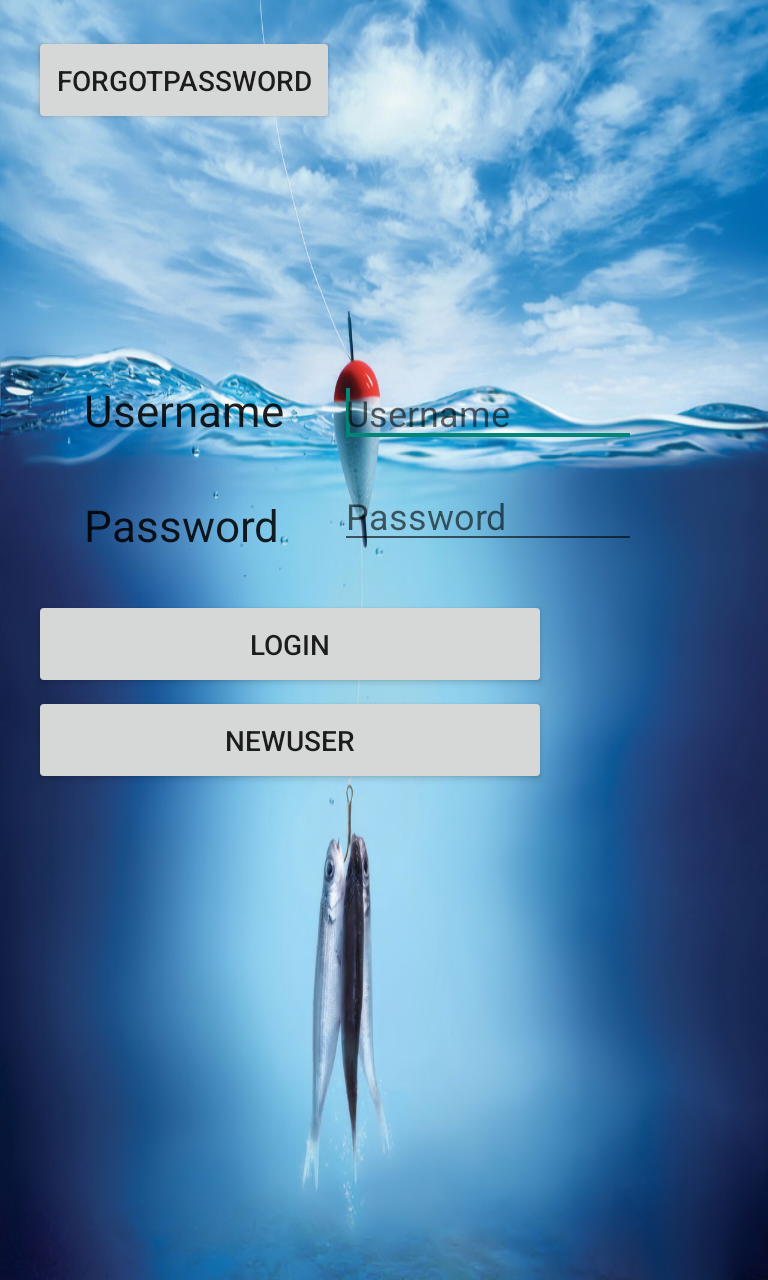
Repository: zerox2012/Fall2014Android
Layout: FishingBuddy/res/layout/activity_login.xml
These files come from the project's save history. The layout is drawn as it stood at one moment and after the next save; the edit follows.
It is drawn on a 768 x 1280 px phone screen (xhdpi) without system bars, with theme AppTheme; the app's code is not run.

Above is the layout before, as saved 2014-10-20 18:07:04.

### FishingBuddy/res/layout/activity_login.xml
<RelativeLayout xmlns:android="http://schemas.android.com/apk/res/android"
    xmlns:tools="http://schemas.android.com/tools"
    android:layout_width="match_parent"
    android:layout_height="match_parent"
    android:background="@drawable/login"
    android:paddingBottom="@dimen/activity_vertical_margin"
    android:paddingLeft="@dimen/activity_horizontal_margin"
    android:paddingRight="@dimen/activity_horizontal_margin"
    android:paddingTop="@dimen/activity_vertical_margin"
    tools:context="usf.fall2014.android.fishingbuddy.Login" >

    <TextView
        android:id="@+id/textView2"
        android:layout_width="wrap_content"
        android:layout_height="wrap_content"
        android:layout_alignLeft="@+id/textView1"
        android:layout_below="@+id/textView1"
        android:layout_marginTop="28dp"
        android:text="@string/password"
        android:textAppearance="?android:attr/textAppearanceLarge" />

    <requestFocus />

    <EditText
        android:id="@+id/username"
        android:layout_width="150dp"
        android:layout_height="wrap_content"
        android:layout_alignBaseline="@+id/textView1"
        android:layout_alignBottom="@+id/textView1"
        android:layout_marginLeft="27dp"
        android:layout_toRightOf="@+id/textView1"
        android:ems="10"
        android:hint="@string/user_name"
        android:inputType="text" />

    <EditText
        android:id="@+id/input_username"
        android:layout_width="150dp"
        android:layout_height="wrap_content"
        android:layout_alignBottom="@+id/textView2"
        android:layout_alignLeft="@+id/username"
        android:ems="10"
        android:hint="@string/password"
        android:inputType="textPassword" />

    <TextView
        android:id="@+id/textView1"
        android:layout_width="wrap_content"
        android:layout_height="wrap_content"
        android:layout_alignParentLeft="true"
        android:layout_alignParentTop="true"
        android:layout_marginLeft="26dp"
        android:layout_marginTop="174dp"
        android:text="@string/user_name"
        android:textAppearance="?android:attr/textAppearanceLarge" />

    <Button
        android:id="@+id/button_login"
        android:layout_width="100dp"
        android:layout_height="wrap_content"
        android:layout_alignLeft="@+id/button_forgot_password"
        android:layout_alignRight="@+id/input_username"
        android:layout_below="@+id/textView2"
        android:layout_marginRight="45dp"
        android:layout_marginTop="21dp"
        android:text="@string/button_login" />

    <Button
        android:id="@+id/button_new_user"
        android:layout_width="wrap_content"
        android:layout_height="wrap_content"
        android:layout_alignLeft="@+id/button_login"
        android:layout_alignRight="@+id/input_username"
        android:layout_below="@+id/button_login"
        android:layout_marginRight="45dp"
        android:text="@string/title_activity_new_user" />

    <Button
        android:id="@+id/button_forgot_password"
        android:layout_width="wrap_content"
        android:layout_height="wrap_content"
        android:layout_alignRight="@+id/EditText01"
        android:layout_below="@+id/button2"
        android:layout_marginRight="45dp"
        android:text="@string/title_activity_forgot_password" />

</RelativeLayout>

### FishingBuddy/res/values/strings.xml
<?xml version="1.0" encoding="utf-8"?>
<resources>

    <string name="app_name">FishingBuddy</string>
    <string name="hello_world">Hello world!</string>
    <string name="action_settings">Settings</string>
    <string name="title_activity_main_menu">MainMenu</string>
    <string name="title_activity_gallery">Gallery</string>
    <string name="title_activity_message">Message</string>
    <string name="title_activity_new_user">NewUser</string>
    <string name="title_activity_forgot_password">ForgotPassword</string>
    <string name="title_activity_map">Map</string>
    <string name="user_name">Username</string>
    <string name="password">Password</string>
    <string name="button_login">Login</string>
    <string name="new_user">New User</string>
    <string name="forgot_password">Forgot Password</string>

</resources>

Loaded but not shown: FishingBuddy/res/values/styles.xml (common file); FishingBuddy/res/values-v11/styles.xml (common file); FishingBuddy/res/values-v14/styles.xml (common file); FishingBuddy/res/values/dimens.xml (common file); FishingBuddy/res/values-w820dp/dimens.xml (common file)

After the next save:
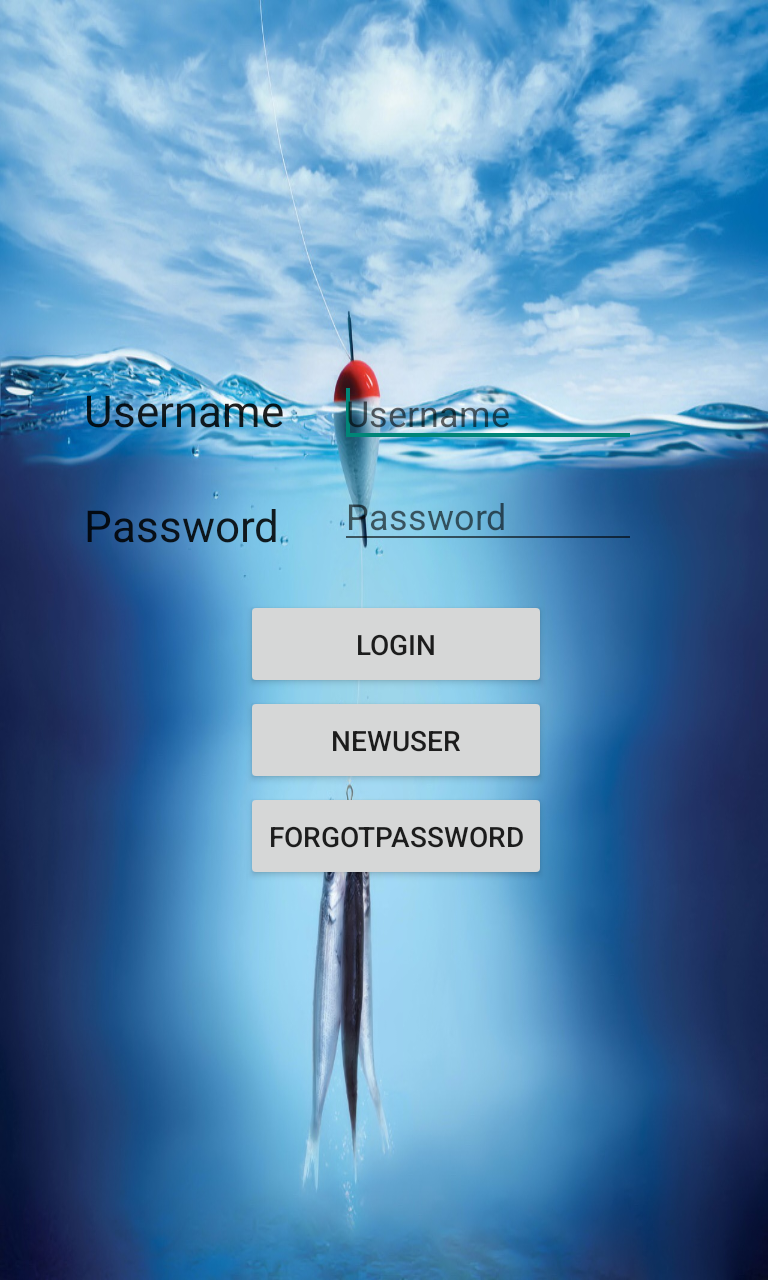
Saved 18 s later.
--- a/FishingBuddy/res/layout/activity_login.xml
+++ b/FishingBuddy/res/layout/activity_login.xml
@@ -79,8 +79,8 @@
         android:id="@+id/button_forgot_password"
         android:layout_width="wrap_content"
         android:layout_height="wrap_content"
-        android:layout_alignRight="@+id/EditText01"
-        android:layout_below="@+id/button2"
+        android:layout_alignRight="@+id/input_username"
+        android:layout_below="@+id/button_new_user"
         android:layout_marginRight="45dp"
         android:text="@string/title_activity_forgot_password" />
 
